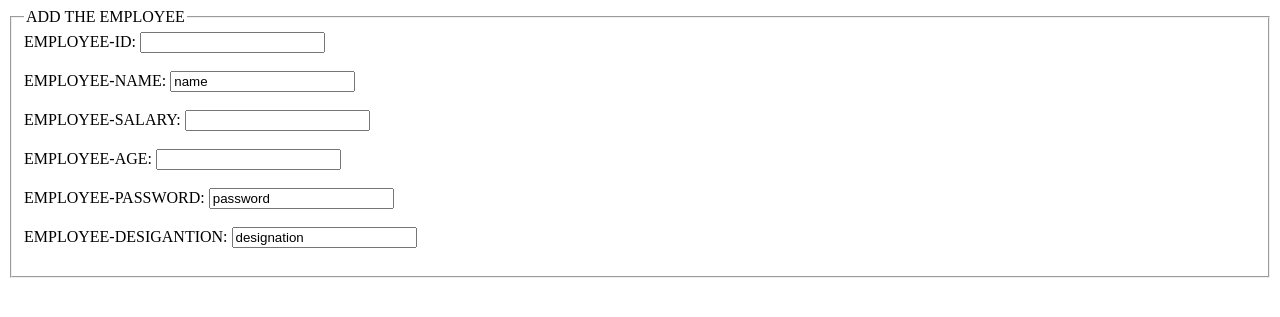
Repository: 81akshucaptain/TY_CG_HTD_BangloreNovember_JFS_AkahaykumarAgasanalli
Page: Akshay-BACK end codes/Servlet/mywebapp/src/main/webapp/addEmp.html
An editor plug-in stored every save of this project. The page is shown before and after the next save, followed by the edit.
The browser window is 1280 px wide. The pictures show the whole page.

Above is the page before, as saved 2019-12-17 09:39:47.

After the next save:
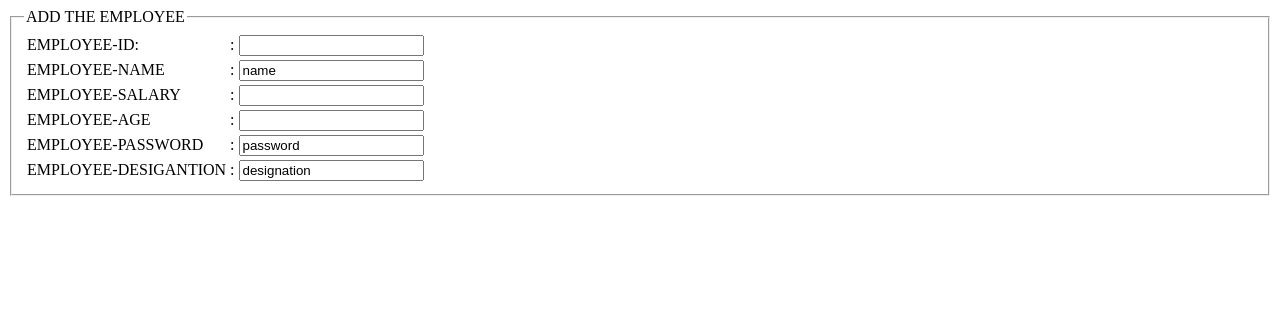
Saved 7 min 30 s later.
--- a/Akshay-BACK end codes/Servlet/mywebapp/src/main/webapp/addEmp.html
+++ b/Akshay-BACK end codes/Servlet/mywebapp/src/main/webapp/addEmp.html
@@ -9,14 +9,41 @@
 		<legend>ADD THE EMPLOYEE</legend>
 
 		<form action="./AddEmployee" method="post">
-		<table>
-			EMPLOYEE-ID: <input type="number" value="empId"><br>
-			<br> EMPLOYEE-NAME: <input type="text" value="name"><br>
-			<br> EMPLOYEE-SALARY: <input type="number" value="salary"><br>
-			<br> EMPLOYEE-AGE: <input type="number" value="age"><br>
-			<br> EMPLOYEE-PASSWORD: <input type="text" value="password"><br>
-			<br> EMPLOYEE-DESIGANTION: <input type="text" value="designation"><br>
-			<br>
+			<table>
+				<tr>
+
+					<td>EMPLOYEE-ID:</td>
+					<td>:</td>
+					<td><input type="number" value="empId"></td>
+				</tr>
+
+				<tr>
+					<td>EMPLOYEE-NAME</td>
+					<td>:</td>
+					<td><input type="text" value="name"></td>
+				</tr>
+
+				<tr>
+					<td>EMPLOYEE-SALARY</td>
+					<td>:</td>
+					<td><input type="number" value="salary"></td>
+				</tr>
+
+				<tr>
+					<td>EMPLOYEE-AGE</td>
+					<td>:</td>
+					<td><input type="number" value="age"></td>
+				</tr>
+				<tr>
+					<td>EMPLOYEE-PASSWORD</td>
+					<td>:</td>
+					<td><input type="text" value="password"></td>
+				</tr>
+				<tr>
+					<td>EMPLOYEE-DESIGANTION</td>
+					<td>:</td>
+					<td><input type="text" value="designation"></td>
+				</tr>
 			</table>
 		</form>
 	</fieldset>
